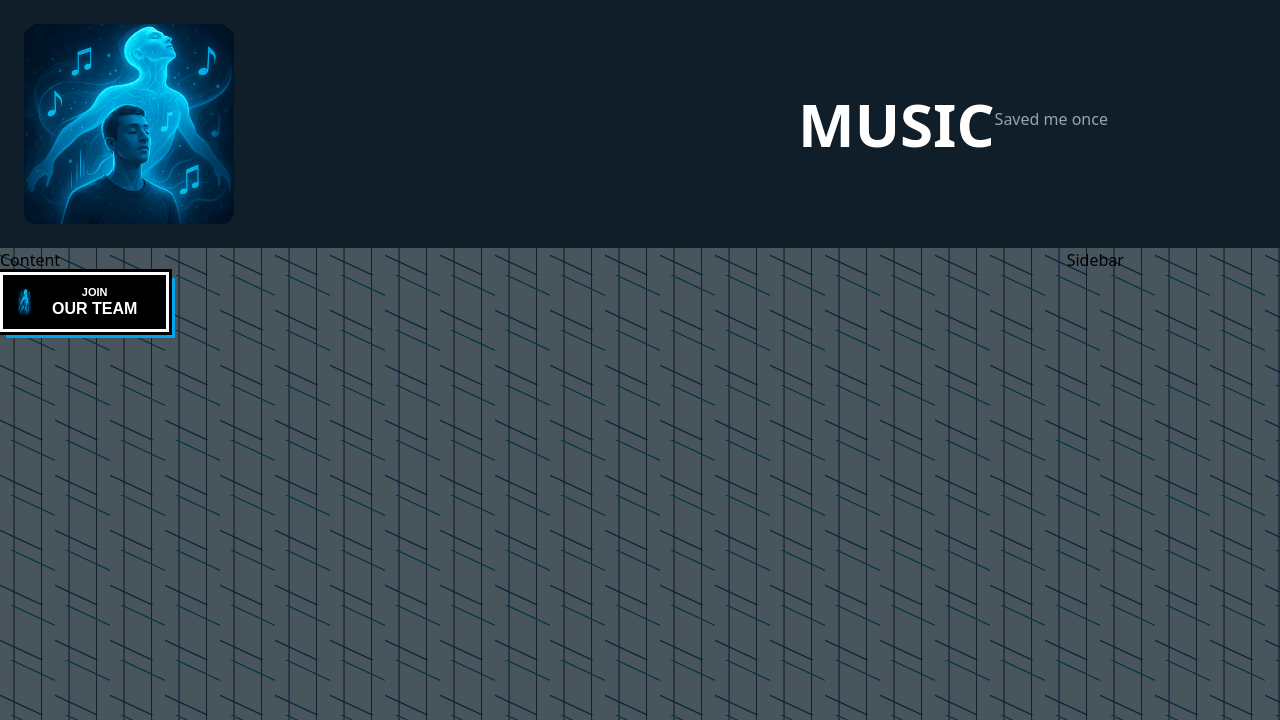
Repository: ItsMe-Pal/something
Page: index.html
An editor plug-in stored every save of this project. The page is shown before and after the next save, followed by the edit.
The browser window is 1280 px wide. The pictures show the whole page.
The style sheet was rebuilt from its Sass, Less or Tailwind sources for each picture, by a compiler version that may differ from the author's.

Above is the page before, as saved 2025-06-22 19:01:53.

### index.html
<!DOCTYPE html>
<html lang="en">
<head>
    <meta charset="UTF-8">
    <meta name="viewport" content="width=device-width, initial-scale=1.0">
    <title></title>

    <link rel="stylesheet" href="/manifest.json">

    <script src="https://cdn.jsdelivr.net/npm/@tailwindcss/browser@4"></script>
    <script src="https://code.jquery.com/jquery-3.7.1.js" integrity="sha256-eKhayi8LEQwp4NKxN+CfCh+3qOVUtJn3QNZ0TciWLP4=" crossorigin="anonymous"></script>

    <link rel="stylesheet" href="/styles/main.css">
</head>
<body>
    <div id="bg">

    <div class="relative flex gap-[2%] flex-wrap content-start">
        <div class="w-full h-[5%]">


                <header style="background-color: #0f1e29;">
                    <nav class="mx-auto flex max-w-7xl items-center justify-center gap-5 p-6 lg:px-8" aria-label="Global">
                      <div class="flex lg:flex-1">

                          <img class="h-50 w-auto rounded-xl" src="/imgs/icons/icon-512x512.png" alt="" />
                      </div>


                      <div class=" lg:flex lg:flex-1 lg:justify-center">
                        <span class="word1">MUSIC</span>
                        <p class="word2">Saved me once</p>
                       </div>
                    </nav>

                  </header>
        </div>
        <div class="grow h-3/4">Content</div>
        <div class="w-1/6 h-3/4">Sidebar</div>
        <div class="w-full h-[5%]">
            <button class="brutalist-button">
                <div class="-logo">
                    <img class="-logo-icon" src="/imgs/icons/icon-512x512.png" alt="">
                </div>
                <div class="button-text">
                    <a href="http://">
                        <span>Join</span>
                        <span>Our team</span>
                    </a>
                </div>
              </button>

        </div>
      </div>

    </div>
    <script src="/src/main.js"></script>




</body>
</html>

### styles/main.scss
@use "./customs.scss";


#bg {
    position: relative;
    width: 100%;
    height: 100vh;
    --color: #001f3fe8;
    background-color: #0f1e2980;
    background-image: linear-gradient(205deg, transparent 24%, var(--color) 25%, #0e7e87 26%, transparent 27%, transparent 74%, rgba(0, 58, 86, 0.9098039216) 75%, var(--color) 76%, transparent 77%, transparent), linear-gradient(90deg, transparent 24%, var(--color) 25%, rgba(27, 26, 17, 0.9098039216) 26%, transparent 27%, transparent 74%, rgba(19, 18, 19, 0.9098039216) 75%, var(--color) 76%, transparent 77%, transparent);
    background-size: 55px 55px;
  }
#bg:before {
    content: "";
    position: absolute;
    left: 0;
    top: 0;
    width: 100%;
    background-color: #0f1e2980;
    height: 100%;
}
  .word1 {
    font-size: 3.75rem;
    line-height: 1;
    font-weight: 700;
    color: #fff
  }
  .word2 {
    margin-top: 0.75rem;
    margin-bottom: 0.75rem;
    line-height: 1.625;
    color: rgba(156, 163, 175, 1);
  }


  /* From Uiverse.io by 0xnihilism */
.brutalist-button {
    display: flex;
    align-items: center;
    cursor: pointer;
    width: 169px;
    height: 60px;
    background-color: #000;
    color: #fff;
    text-decoration: none;
    font-family: Arial, sans-serif;
    font-weight: bold;
    border: 3px solid #fff;
    outline: 3px solid #000;
    box-shadow: 6px 6px 0 #00a4ef;
    transition: all 0.1s ease-out;
    padding: 0 15px;
    box-sizing: border-box;
    position: relative;
    overflow: hidden;
  }

  .brutalist-button::before {
    content: "";
    position: absolute;
    top: 0;
    left: -100%;
    width: 100%;
    height: 100%;
    background: linear-gradient(
      90deg,
      transparent,
      rgba(255, 255, 255, 0.8),
      transparent
    );
    z-index: 1;
    transition: none;
    /* Initially hide the pseudo-element */
    opacity: 0;
  }

  @keyframes slide {
    0% {
      left: -100%;
    }
    100% {
      left: 100%;
    }
  }

  .brutalist-button:hover::before {
    /* Show the pseudo-element on hover */
    opacity: 1;
    animation: slide 2s infinite;
  }

  .brutalist-button:hover {
    transform: translate(-4px, -4px);
    box-shadow: 10px 10px 0 #000;
    background-color: #000;
    color: #fff;
  }

  @keyframes slide {
    0% {
      left: -100%;
    }
    100% {
      left: 100%;
    }
  }

  .brutalist-button:active {
    transform: translate(4px, 4px);
    box-shadow: 0px 0px 0 #00a4ef;
    background-color: #fff;
    color: #000;
    border-color: #000;
  }

  /* Rest of the CSS remains the same */

  .-logo {
    display: grid;
    grid-template-columns: repeat(2, 1fr);
    gap: 1px;
    width: 26px;
    height: 26px;
    margin-right: 8px;
    flex-shrink: 0;
    transition: transform 0.2s ease-out;
    position: relative;
    z-index: 1;
  }

  .brutalist-button:hover .-logo {
    transform: rotate(-10deg) scale(1.1);
  }

  .brutalist-button:active .-logo {
    transform: rotate(10deg) scale(0.9);
  }

  .-logo-icon {
    border-radius: 30%;
    width: 100%;
    height: 100%;
  }


  .button-text {
    display: flex;
    flex-direction: column;
    line-height: 1.2;
    transition: transform 0.2s ease-out;
    position: relative;
    z-index: 1;
  }

  .brutalist-button:hover .button-text {
    transform: skew(-5deg);
  }

  .brutalist-button:active .button-text {
    transform: skew(5deg);
  }

  .button-text span:first-child {
    font-size: 11px;
    text-transform: uppercase;
    display: block;
  }

  .button-text span:last-child {
    font-size: 16px;
    text-transform: uppercase;
  }

Loaded but not shown: manifest.json (58 lines, source omitted); src/main.js (6 lines, source omitted); styles/customs.scss (846 lines, source omitted)

After the next save:
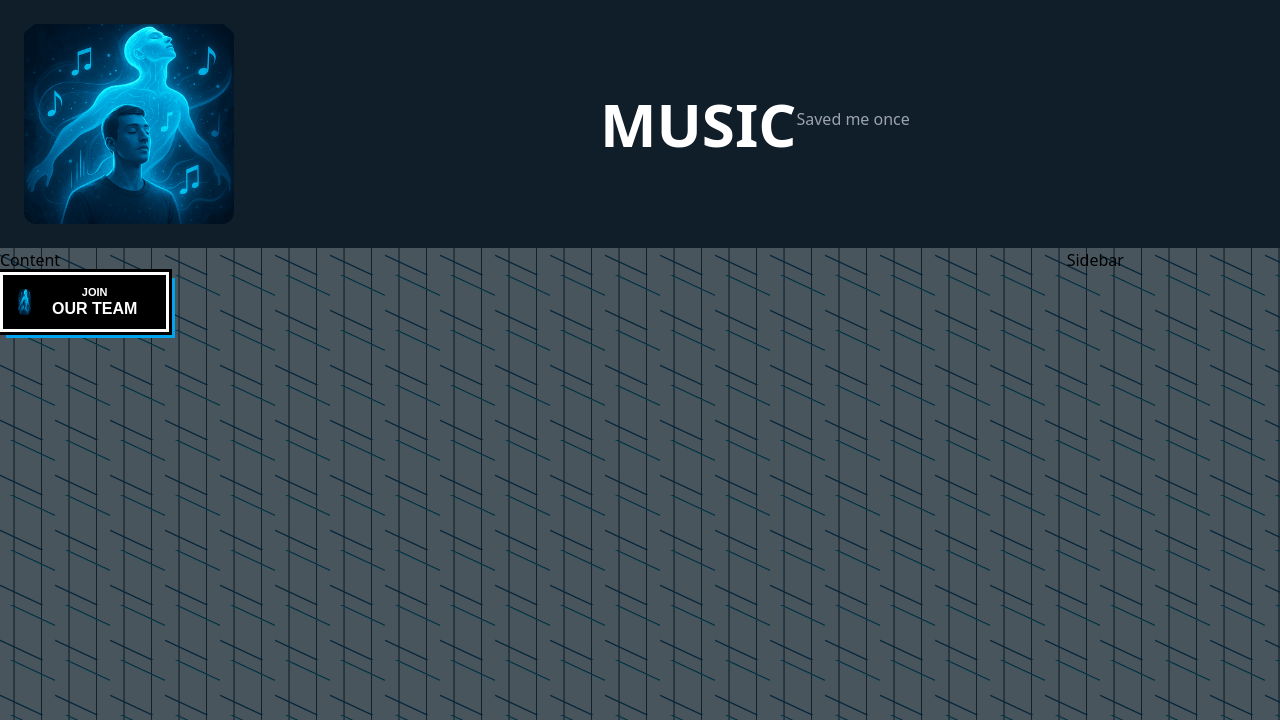
Saved 5 s later.
--- a/index.html
+++ b/index.html
@@ -21,7 +21,7 @@
 
                 <header style="background-color: #0f1e29;">
                     <nav class="mx-auto flex max-w-7xl items-center justify-center gap-5 p-6 lg:px-8" aria-label="Global">
-                      <div class="flex lg:flex-1">
+                      <div class="flex lg:justify-center">
 
                           <img class="h-50 w-auto rounded-xl" src="/imgs/icons/icon-512x512.png" alt="" />
                       </div>
